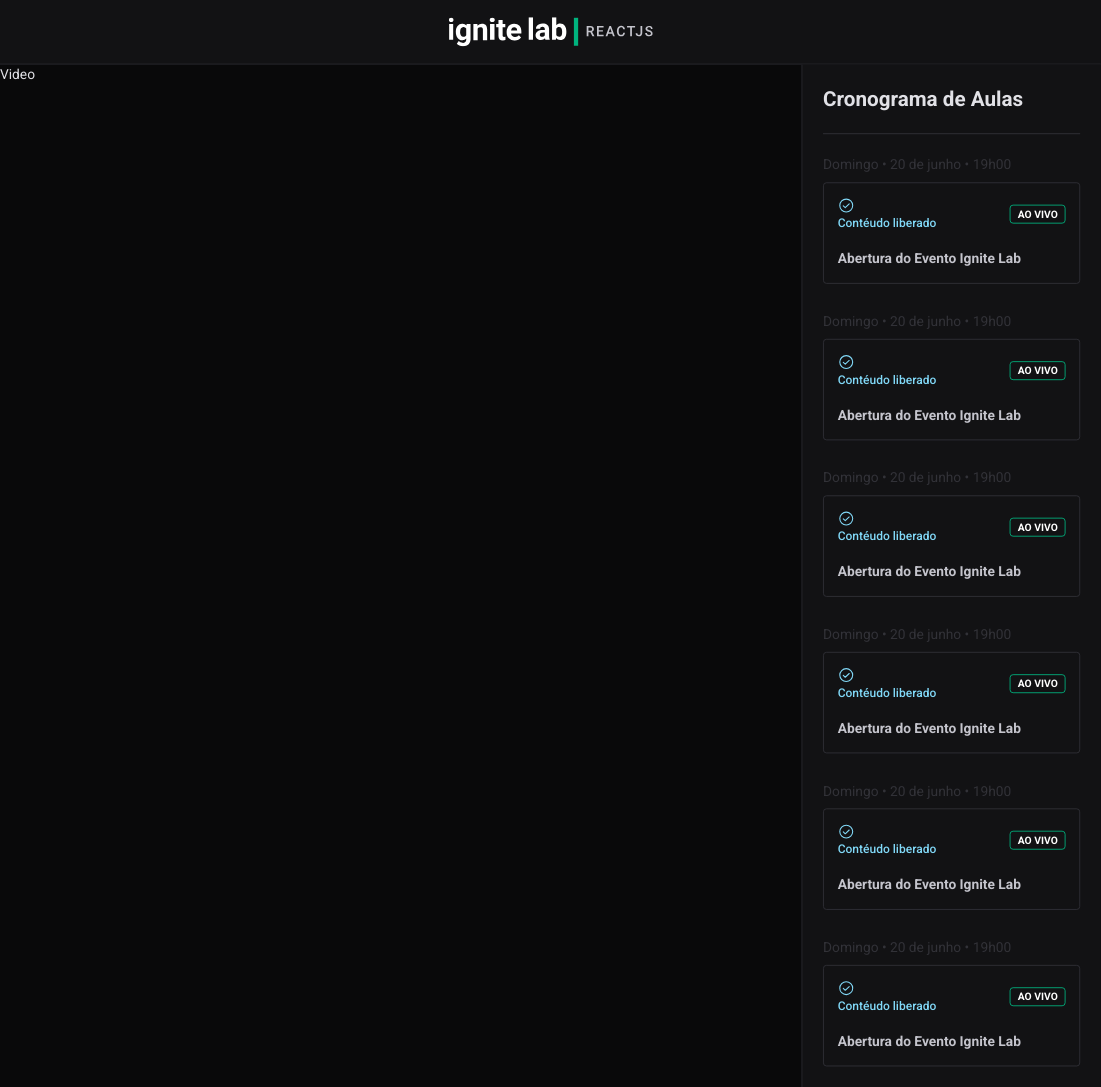
Repository: guilhermecardoso93/ignitelab
Page: /
An editor plug-in stored every save of this project. The page is shown before and after the next save, followed by the edit.
The browser window is 1280 px wide. The pictures show the whole page, at 86% of full size.
The project was rebuilt for these pictures with package versions that can differ from the ones it lists, and the page was loaded fresh each time. Also part of the build but not shown: vite.config.ts.

Above is the page before, as saved 2022-06-22 11:55:08.

### index.html
<!DOCTYPE html>
<html lang="en">
  <head>
    <meta charset="UTF-8" />
    <link rel="icon" type="image/svg+xml" href="/src/favicon.svg" />
    <link rel="preconnect" href="https://fonts.googleapis.com" />
    <link rel="preconnect" href="https://fonts.gstatic.com" crossorigin />
    <link
      href="https://fonts.googleapis.com/css2?family=Roboto:wght@400;500;700&display=swap"
      rel="stylesheet"
    />
    <meta name="viewport" content="width=device-width, initial-scale=1.0" />
    <title>Ignite Lab</title>
  </head>
  <body>
    <div id="root"></div>
    <script type="module" src="/src/main.tsx"></script>
  </body>
</html>

### src/main.tsx
import { ApolloProvider } from "@apollo/client";
import React from "react";
import ReactDOM from "react-dom/client";
import { App } from "./App";
import { client } from "./lib/apollo";

import "./styles/global.css";

ReactDOM.createRoot(document.getElementById("root")!).render(
  <React.StrictMode>
    <ApolloProvider client={client}>
      <App />
    </ApolloProvider>
  </React.StrictMode>
);

### src/App.tsx
import { Event } from "./pages/Event";

export function App() {
  return (
    <div>
      <Event />
    </div>
  );
}

### src/lib/apollo.ts
import { ApolloClient, InMemoryCache } from "@apollo/client";

export const client = new ApolloClient({
  uri: "https://api-sa-east-1.graphcms.com/v2/cl4orc0220r0201xnfce43eoi/master",
  cache: new InMemoryCache()
});

### src/pages/Event.tsx
import { Header } from "../components/Header";
import { Sidebar } from "../components/Sidebar";
import { Video } from "../components/Video";

export function Event() {
  return (
    <div className="flex flex-col min-h-screen">
      <Header />
      <main className="flex flex-1">
        <Video />
        <Sidebar />
      </main>
    </div>
  );
}

### src/components/Header/index.tsx
import { Logo } from "../Logo";

export function Header() {
  return (
    <header className='w-full py-5 flex items-center justify-center bg-gray-700 border-b border-gray-600'>
      <Logo/>
    </header>
  );
}

### src/components/Sidebar/index.tsx
import { Lesson } from "../Lesson";

export function Sidebar() {
  return (
    <aside className="w-[348px] bg-gray-700 p-6 border-l border-gray-600">
      <span className="font-bold text-2xl pb-6 mb-6 border-b border-gray-500 block">
        Cronograma de Aulas
      </span>

      <div className="flex flex-col gap-8">
        <Lesson/>
        <Lesson/>
        <Lesson/>
        <Lesson/>
        <Lesson/>
        <Lesson/>
      </div>
    </aside>
  );
}

### src/components/Video/index.tsx
export function Video() {
  return (
    <div className='flex-1'>
      <h1>Video</h1>
    </div>

  );
}

### src/components/Logo/index.tsx
export function Logo() {
  return (
    <svg
      xmlns="http://www.w3.org/2000/svg"
      width="237"
      height="34"
      fill="none"
      viewBox="0 0 237 34"
    >
      <path
        fill="#fff"
        d="M.002 3.112a2.49 2.49 0 01.165-.987c.12-.314.304-.595.535-.83A2.906 2.906 0 012.615.572c.698 0 1.374.257 1.912.723.23.24.412.524.536.837a2.701 2.701 0 010 1.979 2.568 2.568 0 01-.536.837 2.889 2.889 0 01-1.907.723 2.901 2.901 0 01-1.908-.723 2.458 2.458 0 01-.538-.84 2.645 2.645 0 01-.172-.996zm4.96 23.146H.273V7.862h4.689v18.397zM8.012 16.973c0-2.853.686-5.145 2.055-6.883a6.653 6.653 0 015.528-2.606 5.869 5.869 0 014.802 2.09l.2-1.751h4.538v17.95a7.891 7.891 0 01-1.12 4.246 7.243 7.243 0 01-3.147 2.752 11.155 11.155 0 01-4.742.94c-1.378 0-2.74-.279-4.008-.812a7.08 7.08 0 01-2.946-2.11l2.208-3.02a5.905 5.905 0 004.543 2.08 4.356 4.356 0 003.104-1.059 3.938 3.938 0 001.103-2.993v-.994a5.775 5.775 0 01-4.555 1.935 6.647 6.647 0 01-3.05-.652 6.615 6.615 0 01-2.408-1.967c-1.397-1.752-2.085-4.089-2.085-6.942v-.21h-.025l.005.006zm4.997.355a6.723 6.723 0 001.026 3.956 3.233 3.233 0 002.799 1.443c.651.045 1.3-.088 1.878-.39a3.52 3.52 0 001.396-1.305v-7.825a3.448 3.448 0 00-1.374-1.305 3.504 3.504 0 00-1.86-.39 3.28 3.28 0 00-1.61.365 3.22 3.22 0 00-1.219 1.103c-.688.975-1.036 2.418-1.036 4.348zM33.098 7.833l.158 2.196a6.527 6.527 0 012.371-1.927 6.38 6.38 0 012.971-.62c1.97 0 3.438.597 4.39 1.79.953 1.194 1.456 2.936 1.486 5.293v12.249h-4.962V14.683a3.367 3.367 0 00-.684-2.344 3.086 3.086 0 00-1.069-.598 3.008 3.008 0 00-1.211-.13 3.349 3.349 0 00-1.821.454c-.553.32-1.01.794-1.313 1.367v13.37H28.45V7.845l4.647-.012zM47.512 3.112a2.304 2.304 0 01.185-.988 2.42 2.42 0 01.59-.831A3.439 3.439 0 0150.404.57c.772 0 1.52.256 2.117.723.508.486.792 1.142.792 1.826 0 .683-.284 1.34-.792 1.826a3.417 3.417 0 01-2.11.723c-.77 0-1.517-.257-2.11-.723a2.47 2.47 0 01-.594-.839 2.342 2.342 0 01-.19-.994h-.005zm5.483 23.149h-5.18V7.86h5.18v18.4zM62.454 3.334v4.612h3.107v3.677h-3.107v9.382c-.05.53.091 1.063.395 1.495a1.824 1.824 0 001.473.45c.476.002.95-.035 1.421-.114v3.803a9.672 9.672 0 01-2.939.449c-3.398 0-5.128-1.775-5.19-5.32V11.644h-2.642V7.968h2.643V3.356h4.841v-.025l-.002.003zM76.487 27.08a9.277 9.277 0 01-6.759-2.55c-1.74-1.699-2.605-3.957-2.605-6.797v-.494a11.295 11.295 0 011.098-5.08 8.141 8.141 0 013.111-3.465 8.72 8.72 0 014.59-1.22c2.577 0 4.62.815 6.098 2.449 1.478 1.633 2.226 3.94 2.226 6.929v2.055h-12.01a4.665 4.665 0 001.473 2.971 4.487 4.487 0 003.111 1.111 5.426 5.426 0 004.548-2.115l2.476 2.781a7.506 7.506 0 01-3.07 2.507 9.81 9.81 0 01-4.287.916v.002zm-.594-15.514a3.127 3.127 0 00-2.428 1.012 5.405 5.405 0 00-1.188 2.912h7.006v-.405a3.749 3.749 0 00-.908-2.608 3.252 3.252 0 00-2.45-.908h-.03l-.002-.003zM97.771 26.259h-4.957V0h4.957V26.26zM112.209 26.259c-.227-.444-.392-.997-.496-1.659-1.196 1.333-2.751 2.002-4.666 2.002-1.811 0-3.314-.523-4.504-1.572-1.191-1.049-1.786-2.372-1.786-3.966 0-1.96.725-3.464 2.179-4.513 1.453-1.049 3.553-1.58 6.3-1.59h2.273v-1.06c0-.854-.22-1.54-.659-2.051-.44-.513-1.131-.77-2.078-.77-.832 0-1.486.2-1.957.6-.474.4-.708.945-.708 1.64h-4.941c0-1.07.331-2.062.992-2.973.662-.91 1.597-1.626 2.804-2.144 1.206-.518 2.564-.778 4.069-.778 2.28 0 4.089.573 5.429 1.718 1.34 1.145 2.009 2.756 2.009 4.83v8.017c.012 1.754.256 3.082.735 3.983v.29h-4.992l-.003-.004zm-4.086-3.435c.728 0 1.402-.163 2.016-.486.614-.326 1.071-.76 1.367-1.308v-3.181h-1.846c-2.472 0-3.79.854-3.948 2.564l-.017.291c0 .614.217 1.123.649 1.523.434.4 1.026.6 1.779.6v-.003zM136.58 17.183c0 2.963-.632 5.273-1.898 6.931-1.265 1.659-3.032 2.488-5.3 2.488-2.006 0-3.608-.77-4.805-2.308l-.222 1.967h-4.444V.001h4.94v9.418c1.14-1.332 2.638-2 4.496-2 2.256 0 4.025.828 5.308 2.487 1.283 1.658 1.923 3.992 1.923 7v.274l.002.003zm-4.94-.358c0-1.868-.296-3.233-.889-4.094-.592-.861-1.475-1.29-2.65-1.29-1.572 0-2.655.643-3.247 1.932v7.299c.604 1.298 1.697 1.95 3.282 1.95 1.584 0 2.643-.788 3.146-2.36.239-.752.358-1.897.358-3.437z"
      ></path>
      <path
        fill="#C4C4CC"
        d="M164.51 17.501h-2.283v4.53h-2.048v-11.78h4.143c1.36 0 2.408.306 3.149.915.74.61 1.108 1.493 1.108 2.648 0 .787-.19 1.449-.57 1.98-.38.532-.911.94-1.59 1.226l2.646 4.906v.106h-2.194l-2.364-4.531h.003zm-2.283-1.65h2.105c.691 0 1.229-.176 1.619-.524.39-.348.582-.824.582-1.429 0-.604-.18-1.12-.538-1.466-.358-.345-.893-.523-1.606-.533h-2.162V15.85zM179.066 16.773h-4.839v3.625h5.656v1.634h-7.704V10.25h7.648v1.65h-5.6v3.253h4.839v1.62zM189.803 19.29h-4.565l-.955 2.744h-2.127l4.452-11.783h1.836l4.459 11.783h-2.137l-.963-2.744zm-3.99-1.65h3.415l-1.707-4.89-1.708 4.89zM204.716 18.197c-.119 1.256-.583 2.238-1.392 2.941-.81.703-1.885 1.056-3.228 1.056-.938 0-1.764-.222-2.48-.668-.715-.445-1.266-1.079-1.656-1.898-.387-.82-.589-1.772-.607-2.858v-1.1c0-1.11.198-2.09.59-2.937.392-.846.96-1.5 1.695-1.96.736-.458 1.587-.688 2.554-.688 1.301 0 2.347.353 3.139 1.057.792.703 1.254 1.7 1.385 2.99h-2.039c-.096-.846-.343-1.458-.74-1.833-.397-.375-.977-.563-1.745-.563-.89 0-1.574.326-2.05.977-.479.652-.721 1.605-.733 2.863v1.044c0 1.273.227 2.245.683 2.917.457.668 1.123 1.004 2.004 1.004.805 0 1.409-.18 1.814-.543.405-.363.661-.962.77-1.804h2.038l-.002.003zM216.481 11.902h-3.674v10.132h-2.031V11.902h-3.642V10.25h9.347v1.65zM222.759 10.251h2.039v8.262c0 1.127-.353 2.023-1.057 2.687-.703.664-1.633.995-2.788.995-1.229 0-2.179-.311-2.848-.93-.669-.62-1.004-1.484-1.004-2.59h2.038c0 .627.156 1.096.467 1.412.31.316.76.474 1.347.474.55 0 .989-.183 1.315-.545.326-.366.489-.867.489-1.51V10.25h.002zM234.952 18.999c0-.518-.183-.918-.545-1.197-.363-.279-1.022-.563-1.972-.849-.95-.286-1.705-.604-2.265-.955-1.074-.674-1.612-1.555-1.612-2.638 0-.95.388-1.732 1.163-2.347.774-.614 1.779-.922 3.015-.922.819 0 1.55.15 2.194.454a3.597 3.597 0 011.513 1.29c.367.558.55 1.177.55 1.858h-2.038c0-.614-.193-1.095-.578-1.443-.385-.348-.938-.524-1.656-.524-.668 0-1.189.144-1.557.43-.37.286-.555.686-.555 1.197 0 .432.2.792.6 1.08.399.29 1.056.57 1.974.842.918.271 1.653.582 2.208.93.556.348.963.748 1.222 1.197.259.452.387.977.387 1.582 0 .982-.375 1.762-1.127 2.342-.753.58-1.775.87-3.063.87a5.755 5.755 0 01-2.352-.473c-.715-.316-1.27-.75-1.668-1.308-.397-.555-.594-1.204-.594-1.942h2.048c0 .669.222 1.187.664 1.555.441.367 1.075.55 1.902.55.713 0 1.246-.143 1.607-.432.357-.288.538-.671.538-1.145l-.003-.002z"
      ></path>
      <path fill="#00B37E" d="M150.271 33.146h-4.958V.57h4.958v32.576z"></path>
    </svg>
  );
}

### src/components/Lesson/index.tsx
import { CheckCircle } from 'phosphor-react'

export function Lesson() {
  return (
    <a href="#">
      <span className="text-gray-500">Domingo • 20 de junho • 19h00</span>

      <div className="rounded border border-gray-500 p-4 mt-2">
        <header className="flex items-center justify-between">
          <span className="text-sm text-blue-500 font-medium">
            <CheckCircle size={20}/>
            Contéudo liberado{" "}
          </span>
          <span className="text-xs rounded px-2 py-[0.125rem] text-white border border-green-300 font-bold">
            AO VIVO
          </span>
        </header>
        <strong className="mt-5 text-gray-200 block">
          Abertura do Evento Ignite Lab
        </strong>
      </div>
    </a>
  );
}

### tailwind.config.js
/** @type {import('tailwindcss').Config} */
module.exports = {
  content: ["./src/**/*.tsx"],
  theme: {
    extend: {
      fontFamily: {
        sans: "Roboto, sans-serif"
      },
      colors: {
        green: {
          300: "#00B37E",
          500: "#00875F",
          700: "#015F43"
        },
        blue: {
          500: "#81D8F7"
        },
        orange: {
          500: "#FBA94C"
        },
        red: {
          500: "#F75A68"
        },
        gray: {
          100: "#E1E1E6",
          200: "#C4C4CC",
          300: "#8D8D99",
          500: "#323238",
          600: "#29292E",
          700: "#121214",
          900: "#09090A"
        }
      }
    }
  },
  plugins: []
};

Loaded but not shown: src/styles/global.css (common file)

After the next save:
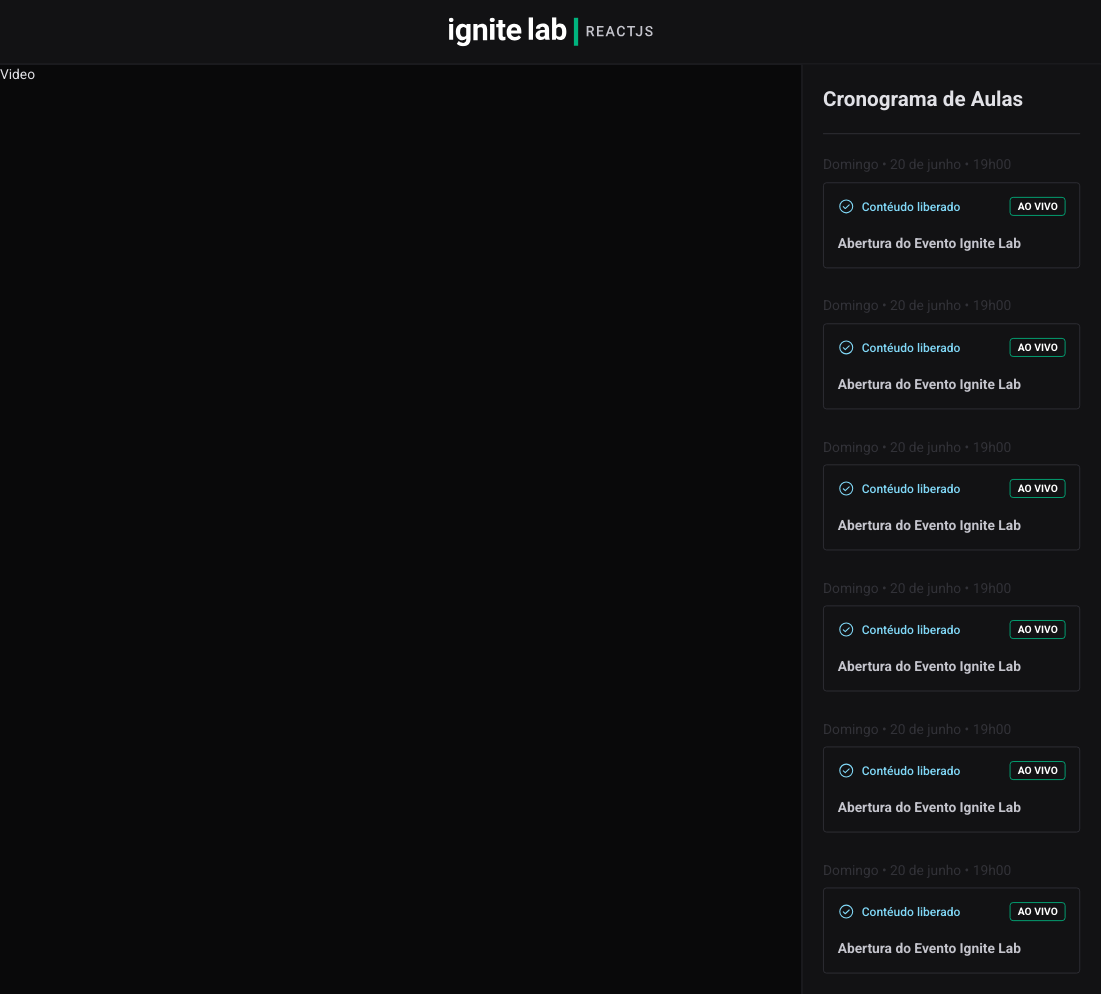
Saved 19 s later.
--- a/src/components/Lesson/index.tsx
+++ b/src/components/Lesson/index.tsx
@@ -7,7 +7,7 @@
 
       <div className="rounded border border-gray-500 p-4 mt-2">
         <header className="flex items-center justify-between">
-          <span className="text-sm text-blue-500 font-medium">
+          <span className="text-sm text-blue-500 font-medium flex items-centet gap-2">
             <CheckCircle size={20}/>
             Contéudo liberado{" "}
           </span>
